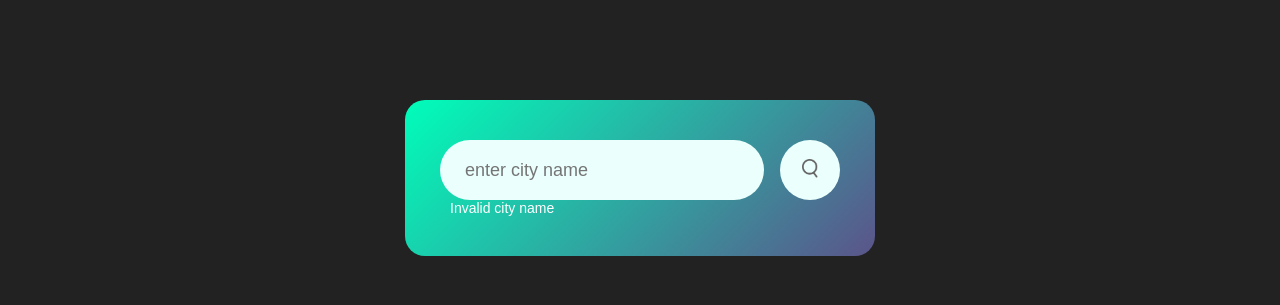
Repository: Alphosmart/weather
Page: index.html
The author's editor kept a copy of each file at every save. The page is drawn from the files as they stood at one save, then again after the next save.
The browser window is 1280 px wide. The pictures show the whole page.

Above is the page before, as saved 2024-07-17 21:54:24.

### index.html
<!DOCTYPE html>
<html lang="en">
  <head>
    <meta charset="UTF-8" />
    <meta name="viewport" content="width=device-width, initial-scale=1.0" />
    <title>Weather App</title>
    <link rel="stylesheet" href="style.css" />
  </head>
  <body>
    <div class="card">
      <div class="search">
        <input type="text" placeholder="enter city name" spellcheck="false" />
        <button><img src="images/search.png" /></button>
      </div>
      <div class="error">
        <p>Invalid city name</p>
      </div>

      <div class="weather">
        <img src="images/rain.png" class="weather-icon" />
        <h1 class="temp">22℃</h1>
        <h2 class="city">New York</h2>
        <div class="details">
          <div class="col">
            <img src="images/humidity.png" />
            <div>
              <p class="humidity">50%</p>
              <p>Humidity</p>
            </div>
          </div>
          <div class="col">
            <img src="images/wind.png" />
            <div>
              <p class="wind">15 km/h</p>
              <p>Wind Speed</p>
            </div>
          </div>
        </div>
      </div>
    </div>

    <script src="script.js"></script>
  </body>
</html>

### style.css
* {
  margin: 0;
  padding: 0;
  font-family: 'poppins', sans-serif;
  box-sizing: border-box;
}

body {
  background-color: #222;
}

.card {
  width: 90%;
  max-width: 470px;
  background: linear-gradient(135deg, #00feba, #5b548a);
  color: #fff;
  margin: 100px auto 0;
  border-radius: 20px;
  padding: 40px 35px;
  text-align: center;
}

.search {
  width: 100%;
  display: flex;
  align-items: center;
  justify-content: space-around;
}

.search input {
  border: 0;
  outline: 0;
  background: #ebfffc;
  color: #555;
  padding: 10px 25px;
  height: 60px;
  border-radius: 30px;
  flex: 1;
  margin-right: 16px;
  font-size: 18px;
}

.search button {
  border: 0;
  outline: 0;
  background: #ebfffc;
  border-radius: 50%;
  width: 60px;
  height: 60px;
  cursor: pointer;
}

.search img {
  width: 16px;
}

.weather.icon {
  width: 170px;
  margin-top: 30px;
}

.weather h1 {
  font-size: 80px;
  font-weight: 500;
}

.weather h2 {
  font-size: 45px;
  font-weight: 400;
  margin-top: -10px;
}

.details {
  display: flex;
  align-items: center;
  justify-content: space-between;
  padding: 0 20px;
  margin-top: 50px;
}

.col {
  display: flex;
  align-items: center;
  text-align: left;
}

.col img {
  width: 40px;
  margin-right: 10px;
}

.humidity,
wind {
  font-size: 28px;
  margin-top: -6px;
}

.weather {
  display: none;
}

.error {
  text-align: left;
  margin-left: 10px;
  font-size: 14px;
}

### script.js
const apiKey = 'f7647cc1b924b665ef1a8d3a0e291600';
const apiUrl =
  'https://api.openweathermap.org/data/2.5/weather?units=metric&q=';

const searchBox = document.querySelector('.search input');
const searchBtn = document.querySelector('.search button');
const weatherIcon = document.querySelector('.weather-icon');

async function checkWeather(city) {
  const response = await fetch(apiUrl + city + `&appid=${apiKey}`);
  var data = await response.json();

  document.querySelector('.city').innerHTML = data.name;
  document.querySelector('.temp').innerHTML = Math.round(data.main.temp) + '°C';
  document.querySelector('.humidity').innerHTML = data.main.humidity + '%';
  document.querySelector('.wind').innerHTML = data.wind.speed + 'km/h';
  // document.getElementById('.weather').innerHTML = data.weather[0].main;

  if (data.weather[0].main === 'Clouds') {
    weatherIcon.src = 'images/clouds.png';
  } else if (data.weather[0].main === 'Clear') {
    weatherIcon.src = 'images/clear.png';
  } else if (data.weather[0].main === 'Drizzle') {
    weatherIcon.src = 'images/drizzle.png';
  } else if (data.weather[0].main === 'Mist') {
    weatherIcon.src = 'images/mist.png';
  } else {
    weatherIcon.src = 'images/sunny.png';
  }
  document.querySelector('.weather').style.display = 'block';
}

searchBtn.addEventListener('click', () => {
  const city = searchBox.value;
  checkWeather(city);
});

After the next save:
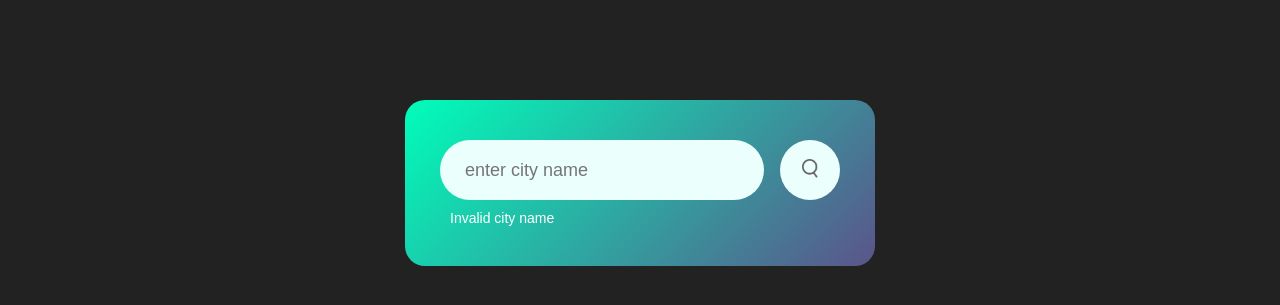
Saved 17 s later.
--- a/style.css
+++ b/style.css
@@ -103,4 +103,4 @@ wind {
   text-align: left;
   margin-left: 10px;
   font-size: 14px;
-}
+  margin-top: 10px;
